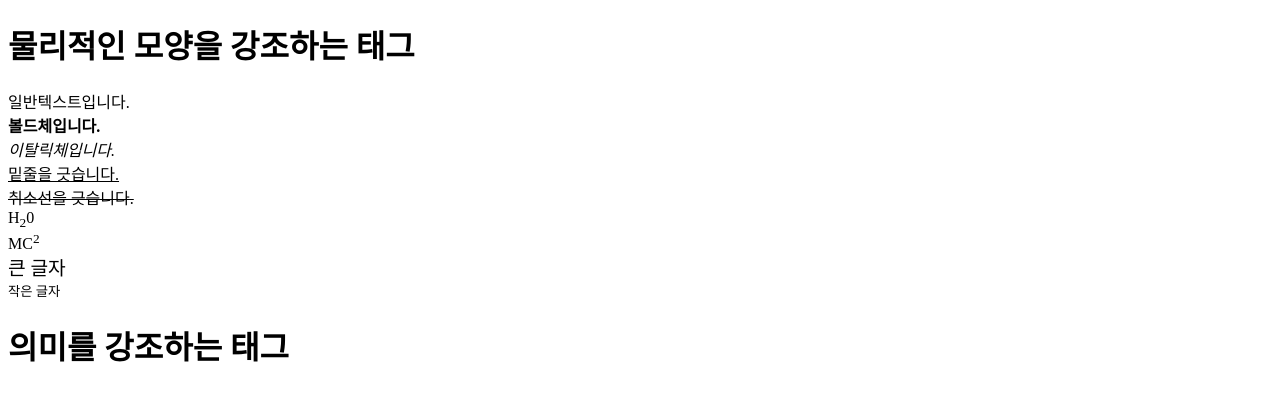
Repository: zzzzzzin/Client
Page: ClientTest/src/main/webapp/html/ex10_style.html
These files come from the project's save history. The page is drawn as it stood at one moment and after the next save; the edit follows.
The browser window is 1280 px wide. The pictures show the whole page.

Above is the page before, as saved 2024-03-13 01:15:05.

### ClientTest/src/main/webapp/html/ex10_style.html
<!DOCTYPE html>
<html>
<head>
<meta charset="EUC-KR">
<title>ex10_style</title>
</head>
<body>
	<h1>물리적인 모양을 강조하는 태그</h1>
	일반텍스트입니다.<br>
	<b>볼드체입니다.</b><br>
	<i>이탈릭체입니다.</i><br>
	<u>밑줄을 긋습니다.</u><br>
	<strike>취소선을 긋습니다.</strike><br>
	H<sub>2</sub>0<br><!-- 밑첨자 -->
	MC<sup>2</sup><br><!-- 윗첨자 -->
	<big>큰 글자</big><br>
	<small>작은 글자</small><br>


	<h1>의미를 강조하는 태그</h1>

</body>
</html>

After the next save:
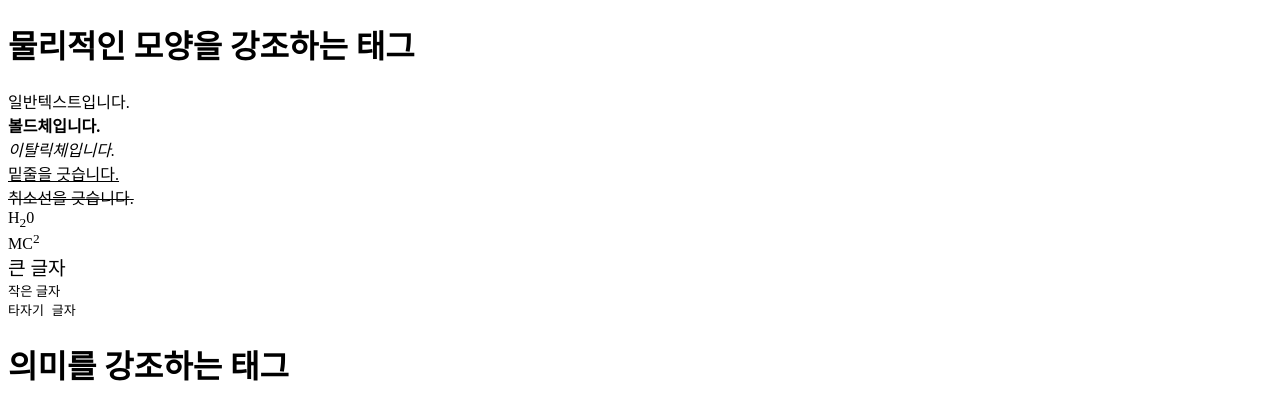
Saved 19 s later.
--- a/ClientTest/src/main/webapp/html/ex10_style.html
+++ b/ClientTest/src/main/webapp/html/ex10_style.html
@@ -15,6 +15,7 @@
 	MC<sup>2</sup><br><!-- 윗첨자 -->
 	<big>큰 글자</big><br>
 	<small>작은 글자</small><br>
+	<tt>타자기 글자</tt><br>
 
 
 	<h1>의미를 강조하는 태그</h1>
